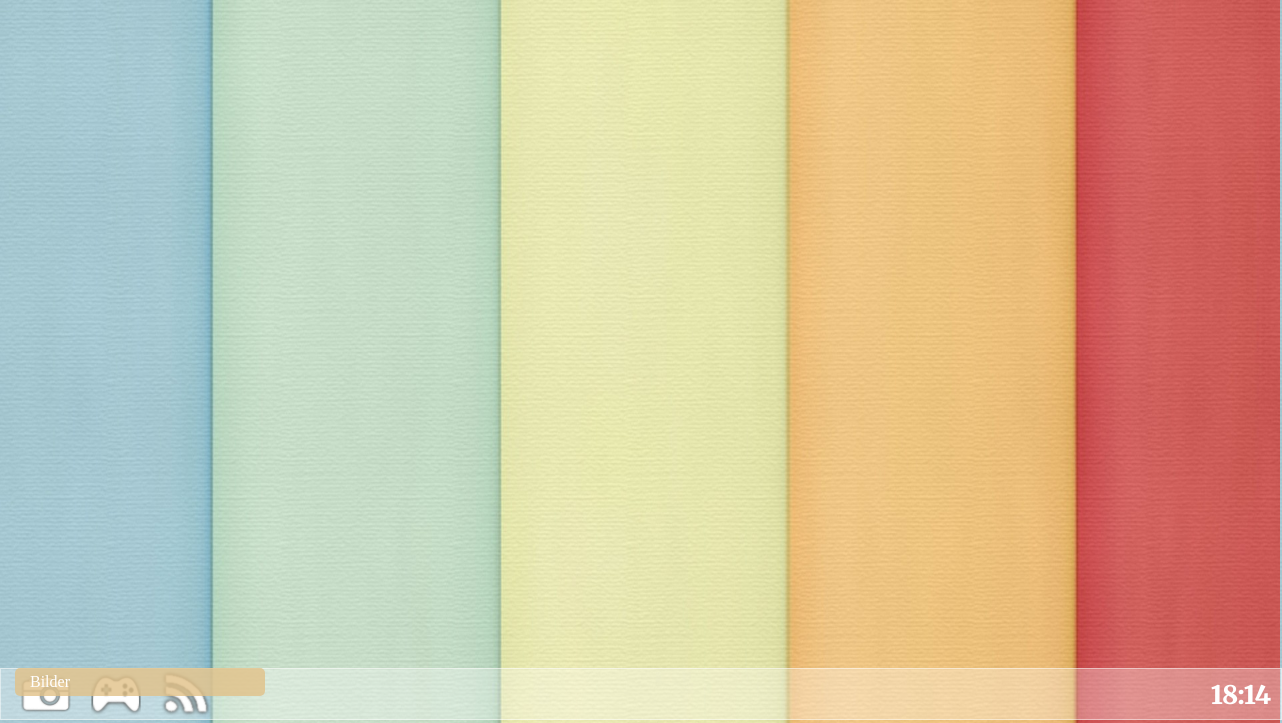
Repository: RebeccaFransson/1dv403-laborationer
Page: 5-pwd/desktop.html
The author's editor kept a record of every edit. The page is drawn from the files as they stood at one moment, then again after the next edit.
The browser window is 1280 px wide. The page is 1282 px wide, so the pictures cover 1282 px, including what lies to the right of the window. The pictures show the whole page.
The pointer rests on the first visible `.tooltip`.
Some web fonts or font styles are not loaded; a fallback is used.

Above is the page before.

### 5-pwd/desktop.html
<!DOCTYPE html>
<html lang="sv">
<head>
	<meta charset="UTF-8" />
    <link href='//fonts.googleapis.com/css?family=Merriweather:900|Lusitana' rel='stylesheet' type='text/css'> 	<script src="script/Window.js"></script>
 	<script src="script/Desktop.js"></script>
 	<script src="script/go.js"></script>
 	<script src="script/NewPhoto.js"></script>
 	<script src="script/NewMemory.js"></script>
 	<script src="script/NewRSS.js"></script>
 	<script src="script/random.js"></script>

    <link rel="stylesheet" href="windowstyle.css" />
    <link rel="stylesheet" href="desktopstyle.css" />
    <title>JavaScript - Desktop</title>
</head>
    <body>
        <div id="content">
            <template id="temp">

                <div class="window">

                    <div class="topbar">
                        <div class="close">
                        x
                        </div>
                    </div>
                    <div class="statusX">

                    </div>

                    <div class="content">

                    </div>
                    <div class="resize">
                        //
                    </div>



                </div>
            </template>



 		<div id="meny">
            <div id="time">11:45</div>

 		</div>
 		</div>



    </body>
</html>

### 5-pwd/script/Window.js
"use strict";

function Window(pic, desk, namn, colorbot, colortop, w, h){
    //default storlek
    w = w || "350";
    h = h || "410";

    console.log('w: '+w+' h: '+h)
    this.desktop = desk;
    var template = document.querySelector('#temp');
    var windowtemp = template.content.querySelector('.window');
    this.w = windowtemp.cloneNode(true);

    this.content = this.w.querySelector('.content');
    this.statusX = this.w.querySelector('.statusX');

    //sätter storlek på nytt fönster
    this.content.style.width = w+'px';
    this.content.style.height = h+'px';

    //skickar med top och left till funktionen som sätter style
    this.moveWind(10, 10);

    var topPic = document.createElement('img');
    topPic.setAttribute('src', pic);
    topPic.setAttribute('width', '25px');
    topPic.setAttribute('height', '25px');
    var topbar = this.w.querySelector('.topbar');
    topbar.appendChild(topPic);

    topbar.innerHTML += namn;
    topbar.setAttribute('style', 'background-color:'+colortop);//sätt färg på  topbar
    this.w.querySelector('.statusX').setAttribute('style', 'background-color:'+colorbot);
    desk.content.appendChild(this.w);



    var self = this;//gör om this så vi kan använda detta this i functionen under(utan att det ska bli this i den funktionen)
    //stänger fönstret
    var close = this.w.querySelector('.close');
    close.onclick = function(){
        self.close();
    };

    this.focus();
    //on klick på hela fönstret z-index = 99
    this.w.addEventListener('click', function(e){
        self.focus();
        console.log('klick på fönstret');
    });
}

Window.prototype.close = function(){//plockar bort kopian utav templaten
    this.w.parentNode.removeChild(this.w);
};

Window.prototype.moveWind = function(t, l){
    //sätter top och left på första window
    var top = Window.globalTop + 29;
    var left = Window.globalLeft + 29;
    console.log('i funk top: '+top+' left: '+left)

    this.w.style.top = top+'px';
    this.w.style.left = left+'px';

    //sätter globala variablem som top och left
    Window.globalTop = top;
    Window.globalLeft = left;
};

// global variabel med top och left
Window.globalTop = 0;
Window.globalLeft = 0;
Window.globalIndex = 0;

Window.prototype.focus = function(){
    //on klick på hela fönstret z-index = 99
    var indexCount = 1 + Window.globalIndex;
    this.w.style.zIndex = indexCount;

    Window.globalIndex = indexCount;
};
//http://tech.pro/tutorial/650/javascript-draggable-elements   DRAGEBLE ELEMENTS

### 5-pwd/script/Desktop.js
"use strict";

function Desktop(){
   this.content = document.querySelector('#content');//public
   //this.statusX = document.querySelector('.statusX');

};
//lägger till ikoner t programmen
Desktop.prototype.addApp = function(pic, app, namn, colorbot, colortop){//lägga till img, onklick på a. skickar till det js som skall skapa(tex newPhoto)

    //skapar bilder och lägger till attribut till menyn + tooltip
    var img = document.createElement('img');
    img.setAttribute('src', pic);
    img.setAttribute('width', '50px');
    img.setAttribute('height', '50px');
    var a = document.createElement('a');
    a.setAttribute('href', '#');
    a.setAttribute('class', 'tooltip');
    a.setAttribute('title', namn);
    document.querySelector('#meny').appendChild(a);
    a.appendChild(img);

    var self = this;//spara gamla this som är knappen

    //skapar fönster med appen man klickat på
    a.onclick = function(){
        var wind = new Window(pic, self, namn, colorbot, colortop);
        var photo = new app(wind);

    };
};

Desktop.prototype.startTime = function(){//ta bort kommentarerna ifall du vill se sekunder.
    var today=new Date();
    var h=today.getHours();
    var m=today.getMinutes();
    //var s=today.getSeconds();
    m = checkTime(m);
    document.querySelector('#time').innerHTML = h+":"+m; //+":"+s;
    var t = setTimeout(function(){Desktop.prototype.startTime()},500);

    function checkTime(i) {
        if (i<10) {i = "0" + i}  // lägger till nolla om under tio
        return i;
    }
};

### 5-pwd/script/go.js
"use strict";

window.onload = function(){
   var desk = new Desktop();

   desk.startTime();

   desk.addApp('pics/photo.png', NewPhoto, 'Bilder', '#E8C07B','#e0ab50'); // skickar med bildsökväg och appen, namn och färger
   desk.addApp('pics/game.png', NewMemory, 'Memory', '#d7807d','#CB5A56'); // skickar med bildsökväg och appen
   desk.addApp('pics/rss.png', NewRSS, 'RSS-flöde', '#C7E4AB','#8B9F77'); // skickar med bildsökväg och appen
//desk.addApp('pics/chat.png', NewMemory, 'CatChat');

   //var wind = new Window(desk, 'Google', '#e0ab50','#E8C07B');

};

### 5-pwd/script/NewPhoto.js
"use strict";
//skapa nytt galleri
function NewPhoto(wind){

    var xhr = new XMLHttpRequest();

        //document.createElement('img').setAttribute('src', img.URL);

            xhr.onreadystatechange = function(){ //denna kod skall köras när vi får ett svar
                if(xhr.readyState === 4 && xhr.status === 200){//allt ok
                    wind.statusX.innerHTML = ' ';//tar bort 'laddar..' när allt hämtas
                    console.log('Hittades');
                    var array = JSON.parse(xhr.responseText);

                    var arrayWidth = [];
                    var arrayHeight = [];
                    var picBox;

                    //loop för alla thumbnails width och height
                    for(var i = 0; i < array.length; i++){
                       //spara thumb width och height i arrayer
                        arrayWidth.push(array[i].thumbWidth);
                        arrayHeight.push(array[i].thumbHeight);
                    }
                    //loop för att skapa thumb-bilderna
                    for(var i = 0; i < array.length; i++){
                        console.log('i forloop- skapar bilderna');
                        var pic = document.createElement('img');
                        pic.setAttribute('src', array[i].thumbURL);
                        pic.setAttribute('width', array[i].thumbWidth);
                        pic.setAttribute('height', array[i].thumbHeight);
                        var picA = document.createElement('a');
                        picA.setAttribute('href', '#');
                        picBox = document.createElement('div');
                        picBox.setAttribute('class', 'picBox');
                        //skapar tooltip
                        picA.setAttribute('class', 'tooltip');
                        picA.setAttribute('title', 'Klicka för att förstora i nytt fönster Högerklicka för att sätta som bakgrund')


                        wind.content.appendChild(picA);
                        picA.appendChild(picBox);
                        picBox.appendChild(pic);
                        picA.appendChild(toolSpan);

                        //sätter max height och width för tumnagefrån den sparade arrayn i CSS
                        //tvungen att skapa ny variabel.
                        var picBoxWidth = Math.max.apply(Math, arrayWidth)+'px';
                        var picBoxHeight = Math.max.apply(Math, arrayHeight)+'px';
                        picBox.style.width = picBoxWidth;
                        picBox.style.height = picBoxHeight;
                        //picBox.setAttribute('width', picBoxWidth);
                        //picBox.setAttribute('height', picBoxHeight);

                        pic.data = array[i]; //sparar arrayn så att jag kan få ut värdena för den stora bilden sen


                    }


                    //nytt fönster för stora bilder
                    wind.content.addEventListener('click', function(e){
                           var klickedNode = e.target;
                           if(klickedNode.getAttribute('src') != null){
                               var picwin = new Window('pics/bigger.png' ,wind.desktop, 'Förstorngsglas', '#858585', '#5f5f5f', klickedNode.data.width, klickedNode.data.height);//skapa nytt fönster med bilden Skapar fönstret på=(wind.desktop = skrivbordet)

                               var picBig = document.createElement('img');
                                picBig.setAttribute('src', klickedNode.data.URL);
                                picBig.setAttribute('width', klickedNode.data.width);
                                picBig.setAttribute('height', klickedNode.data.height);

                                //se till att fönstret anpassar sig efter bilden
                                //ta bort max-height

                            picwin.content.appendChild(picBig);
                           }
                    });

                    //högerklick = ändra bakgrundsbild
                    wind.content.addEventListener('contextmenu', function(e){
                        e.preventDefault();
                        var klickedNodeRight = e.target;
                         if(klickedNodeRight.getAttribute('src') != null){
                             document.querySelector('body').style.backgroundImage = 'url('+klickedNodeRight.data.URL+')';
                             document.querySelector('body').style.backgroundSize = 'auto';
                         }
                        console.log('högerklick');
                    });

                }else if(xhr.status === 404){
                        console.log('Hittades ej');
                }else{
                    wind.statusX.innerHTML = 'Laddar... ';
                    var load = document.createElement('img');
                    load.setAttribute('src', 'pics/load1.gif');
                    load.setAttribute('width', '20px');
                    load.setAttribute('height', '20px');
                    wind.statusX.appendChild(load);
                    console.log(load);


                }
            };

            xhr.open('GET', 'http://homepage.lnu.se/staff/tstjo/labbyServer/imgviewer/', true); //asynkromt anrop

            xhr.send(null);


    console.log('skapar nytt galleri');
}

### 5-pwd/script/NewMemory.js
"use strict";
//skapa nytt memory spel
function NewMemory(){
    console.log('skapar memory');

   //gör funktionerna i konstruktor då nås alla variabler som jag skapat här.

   var imgRandom = [], times = 0, pic1 = '', pic2='', klickedNode = [], target1='', target2='';
   var link1 = "", link2= "", score= 0, count= 0, timeout = undefined, picValue= 0, row= 0, col= 0;

    function go(){
        var submit = document.createElement('input');//knappen
        submit.setAttribute('type', 'submit');
        submit.setAttribute('value', 'Räkna ut');
        submit.setAttribute('id', 'send');

        //input rutorna
        var submit = document.createElement('input');//knappen
        submit.setAttribute('id', 'send');
        submit.setAttribute('value', 'Räkna ut');
        submit.setAttribute('id', 'send');

        console.log(submit);
        submit.addEventListener("click", function(a){
            a.preventDefault();
            row = document.querySelector("#nr1").value;
            col = document.querySelector("#nr2").value;

            imgRandom.push(RandomGenerator.getPictureArray(row, col));
            tableCreate(row, col);
        });
    }



}
NewMemory.prototype.create = function(){

}

### 5-pwd/script/NewRSS.js
"use strict";

//Följande kod ger adressen för att hämta RSS-feeden från svt:
//"http://homepage.lnu.se/staff/tstjo/labbyServer/rssproxy/?url="+escape("http://www.svtplay.se/agenda/rss.xml")

function NewRSS(wind){
    console.log('skapar RSS-läsare');

}

### 5-pwd/script/random.js
"use strict";

var RandomGenerator = {

	/*
		Denna metod tar antalet rader och columner som inparameter.

		Metoden returnerar en array inneh�llandes utslumpade tal mellan 1 och (rows*cols)/2. Varje tal representeras tv�
		g�nger och motsvarar s�ledes en spelbricka.

		I en 4*4 matris kan Arrayen t.ex. se ut s� h�r:
		[1,2,6,8,6,2,5,3,1,3,7,5,8,4,4,7]

		I en 2*4 matris kan Arrayen t.ex. se ut s� h�r:
		[3,4,4,1,2,1,2,3]
	*/

	getPictureArray: function(rows, cols)
	{
		var numberOfImages = rows*cols;
		var maxImageNumber = numberOfImages/2;

	   	var imgPlace = [];

	   //Utplacering av bilder i Array
	   for(var i=0; i<numberOfImages; i++)
		  imgPlace[i] = 0;

		for(var currentImageNumber=1; currentImageNumber<=maxImageNumber; currentImageNumber++)
		{
			var imageOneOK = false;
			var imageTwoOK = false;

			do
			{
				if(imageOneOK == false)
				{
					var randomOne = Math.floor( (Math.random() * (rows*cols-0) + 0) );

					if( imgPlace[randomOne] == 0 )
					{
						imgPlace[randomOne] = currentImageNumber;
						imageOneOK = true;
					}
				}

				if(imageTwoOK == false)
				{
					var randomTwo = Math.floor( (Math.random() * (rows*cols-0) + 0) );

					if( imgPlace[randomTwo] == 0 )
					{
						imgPlace[randomTwo] = currentImageNumber;
						imageTwoOK = true;
					}
				}
			}
			while(imageOneOK == false || imageTwoOK == false);
		}
		return imgPlace;
	}
}

### 5-pwd/windowstyle.css
.window{
    font-family: 'Lusitana', serif;
    position:absolute;
    max-height:410px;
    -moz-border-radius: 3px;
    border-radius: 3px;
    /*box-shadow: 0 5px 8px rgba(0, 0, 0, 0.5);*/
}
.topbar{
    font-family: 'Merriweather', serif;
    font-size:20px;
    padding: 2px 0 2px 0;
    padding-left:4px;
    color: black;
    height:25px;
    border-top-left-radius: 3px;
    border-top-right-radius: 3px;
    color:white;
}

.topbar img{
    float:left;
    padding-right:3px;
}
.statusX{
    position:relative;
    width:100%;
    min-height:20px;
    box-shadow: 0 2px 8px -2px rgba(0, 0, 0, 0.5);
    text-align:left;
    color:white;
}

.close{
    position:relative;
    bottom:10px;
    right:10px;
    font-size:30px;
    height:20px;
    float:right;
}
.close:hover{
    color:#858585;
}

.content{
    margin:auto;
    width:100%;
    height:345px;
    background-color:rgba(255, 255, 255,0.9);
    overflow:auto;
}
.picBox{
    margin-left:20px;
    margin-top:5px;
    margin-bottom:8px;
    float: left;
}
.picBox img{
    display:block;
    margin:auto;
    border-radius: 7px;
    box-shadow: 0 5px 8px rgba(0, 0, 0, 0.5);
}
.picBox img:hover{
    box-shadow: 0 8px 8px rgba(0, 0, 0, 0.5);
}
.resize{
    background-color:rgba(255, 255, 255, 0.5);
    width:100%;
    font-size:15px;
    height:15px;
    float:right;
}
/*  TOOLTIP
a.tooltip {
    outline:none;
}
a.tooltip:hover {
    display:inline;
    text-decoration:none;
}
a.tooltip span {
    z-index:10;
    display:none;
    padding:4px 6px;
}
a.tooltip:hover span{
    display:inline;
    position:absolute;
    font-size:12px;
    color:rgba(168, 141, 99, 8);
    border:1px solid #DCA;
    background:white;
}*/
.tooltip{
    display: inline;
    position: relative;
}
.tooltip:hover:after{
    background: #333;
    background: rgba(226, 193, 136, 0.8);
    border-radius: 5px;
    bottom: 26px;
    color: #fff;
    content: attr(title);
    left: 20%;
    padding: 5px 15px;
    position: absolute;
    z-index: 99;
    width: 220px;
}
.tooltip:hover:before{
    border: solid;
    border-color: #333 transparent;
    border-width: 6px 6px 0 6px;
    bottom: 20px;
    display:none;
    left: 50%;
    position: absolute;
    z-index: 99;
}

### 5-pwd/desktopstyle.css
body{
    background-image: url('pics/BG2.jpg');
    background-size:cover;
}
#meny{
    width:100%;
    height:50px;
    border: 1px solid rgba(255,255,255,0.5);
    position:absolute;
    bottom:0;
    left:0;
    /*background: linear-gradient(to right, rgba(167, 201, 211, 0.8), rgba(195, 217, 196, 0.8), rgba(227, 228, 171, 0.8),rgba(232, 192, 123, 0.8),rgba(215, 128, 125, 0.8));*/
    background-color:rgba(255, 255, 255, 0.3);

}
#meny img{
    padding-left:20px;
  -webkit-transition-duration: 0.3s;
  -webkit-transition-property: transform;
  -webkit-transform: translateZ(0);
  transition-duration: 0.3s;
  transition-property: transform;
  transform: translateZ(0);
}
#meny img:hover{
   -webkit-transform: translateY(-5px);
  -webkit-animation-name: hover;
  -webkit-animation-duration: 1.5s;
  -webkit-animation-delay: 0.3s;
  -webkit-animation-timing-function: linear;
  -webkit-animation-iteration-count: infinite;
  -webkit-animation-direction: alternate;
  animation-direction: alternate;
  animation-iteration-count: infinite;
  transform: translateY(-5px);
  animation-name: hover;
  animation-duration: 1.5s;
  animation-delay: 0.3s;
  animation-timing-function: linear;
}


#time{
    font-family: 'Merriweather', serif;
    color: white;
    position:absolute;
    right:0;
    bottom:8px;
    font-size:1.6em;
    padding-right:10px;
}

After the next edit:
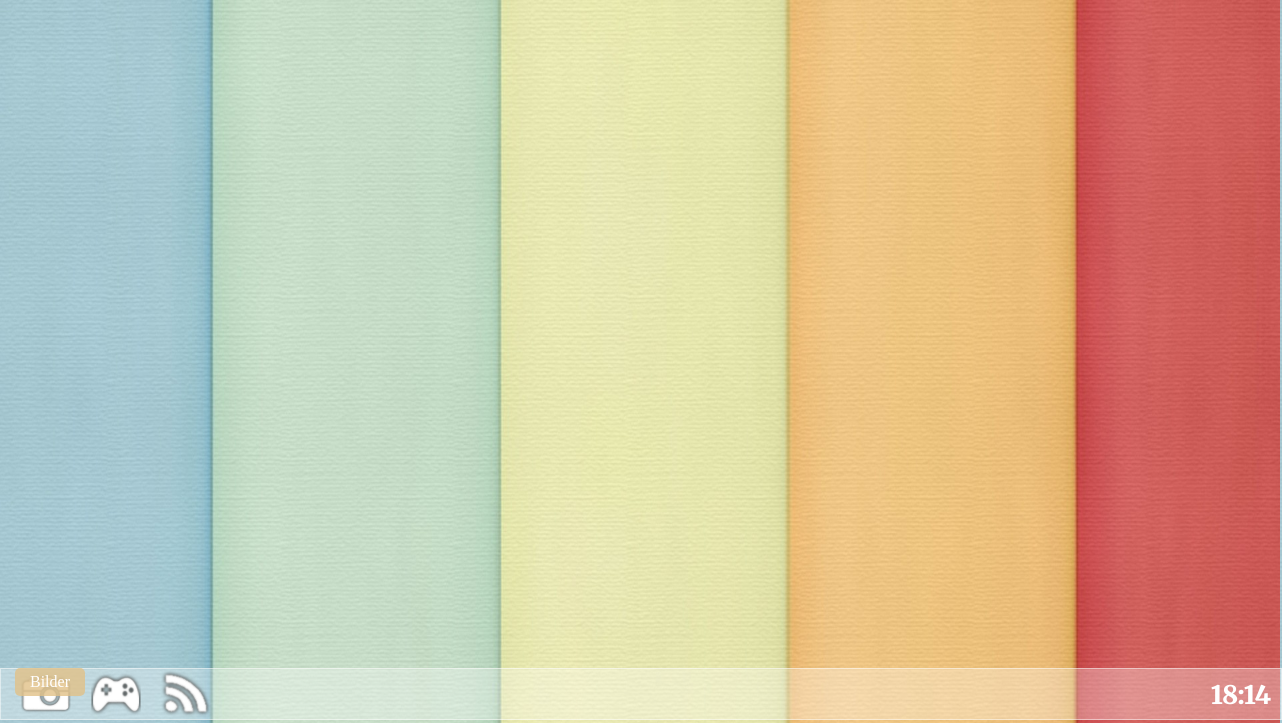
The edit:
--- a/5-pwd/windowstyle.css
+++ b/5-pwd/windowstyle.css
@@ -108,7 +108,7 @@
     padding: 5px 15px;
     position: absolute;
     z-index: 99;
-    width: 220px;
+    width: ;
 }
 .tooltip:hover:before{
     border: solid;
